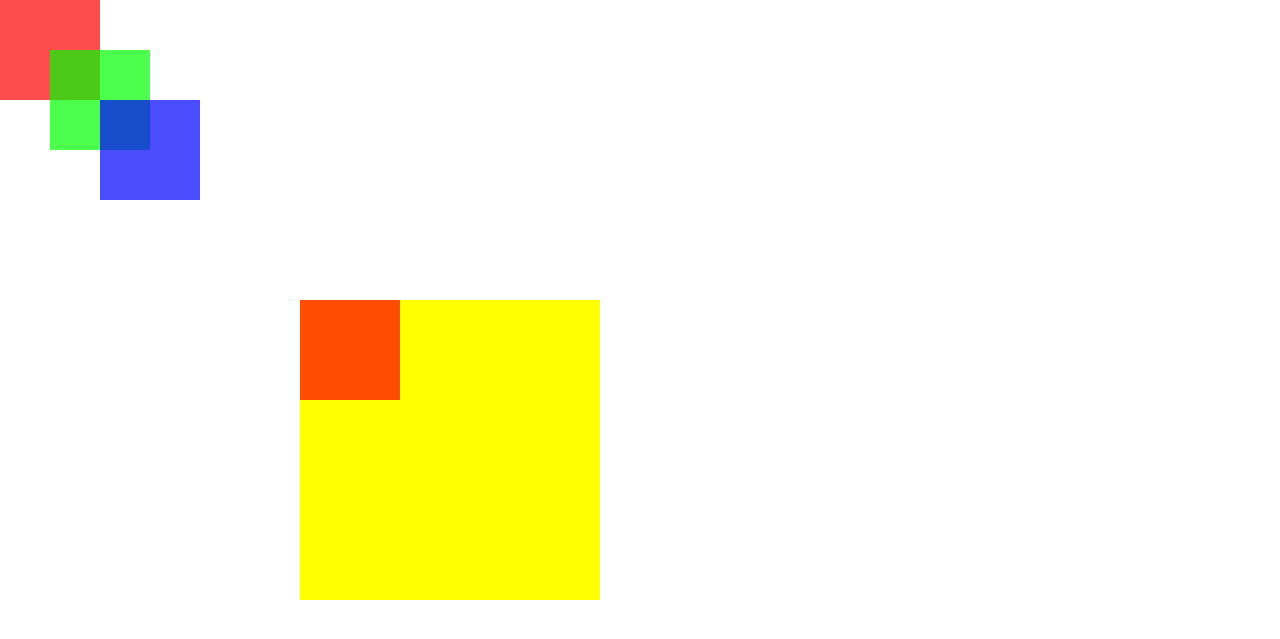
Repository: luna2222/web
Page: 01HTML5/WebContent/[11강]CSS3속성3/11_02_02.html
An editor plug-in stored every save of this project. The page is shown before and after the next save, followed by the edit.
The browser window is 1280 px wide. The pictures show the whole page.

Above is the page before, as saved 2019-02-20 07:18:44.

After the next save:
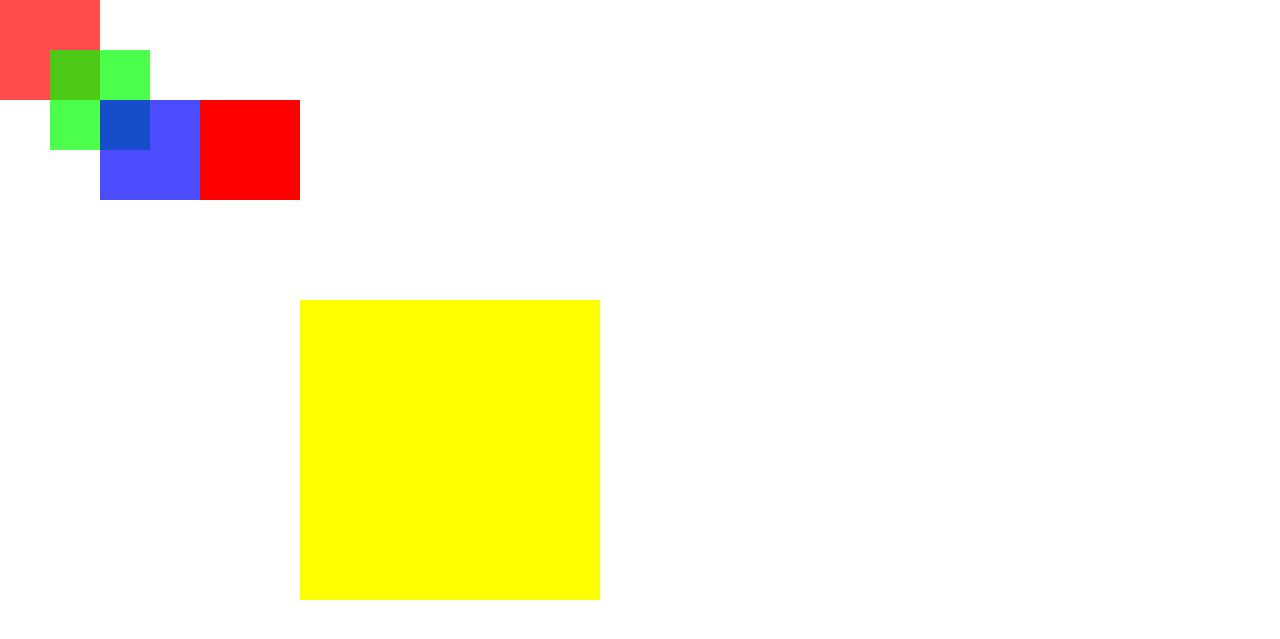
Saved 2 min 38 s later.
--- a/01HTML5/WebContent/[11강]CSS3속성3/11_02_02.html
+++ b/01HTML5/WebContent/[11강]CSS3속성3/11_02_02.html
@@ -2,7 +2,7 @@
 <html>
 <head>
 <meta charset="UTF-8">
-<title>Position 1</title>
+<title>Position 2</title>
 	<style >
 	div{
 	 	width: 100px;
@@ -36,7 +36,7 @@
 			background-color: yellow;
 			opacity: 1.0;
 			}
-		#wrap.content{
+		#wrap .content{
 			width: 100px;
 			height: 100px;
 			position: fixed;
